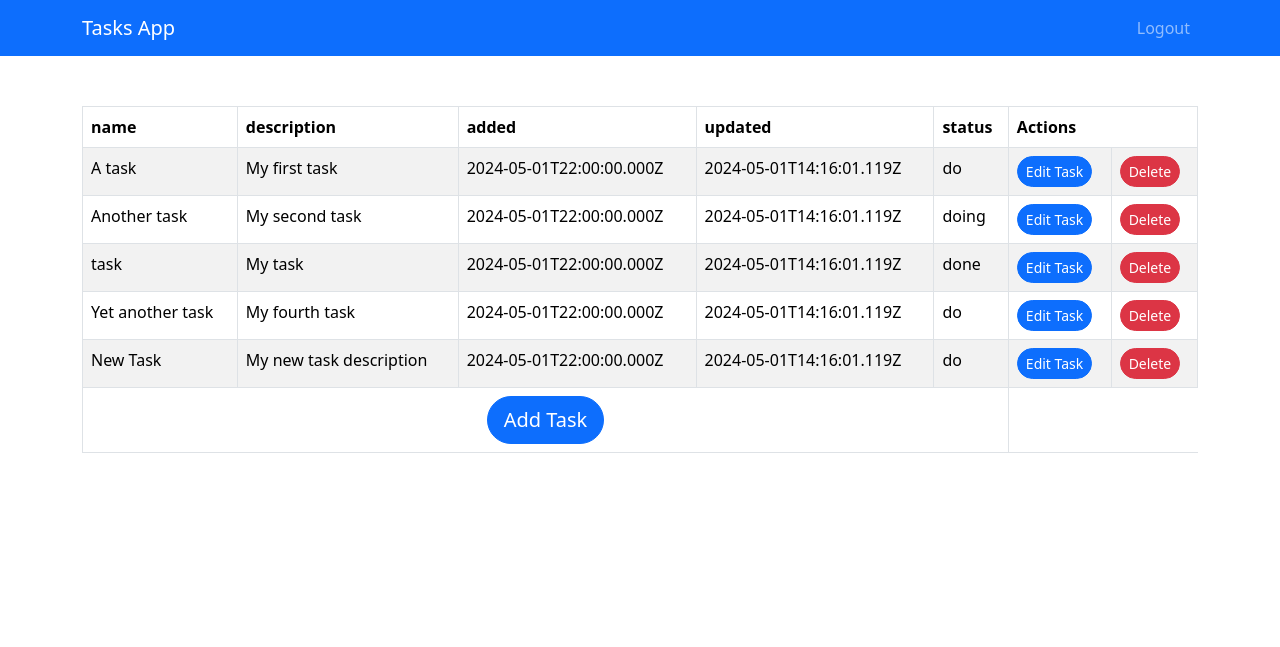
Repository: trider/react-task-manager
Page: /#/tasks
The author's editor kept a copy of each file at every save. The page is drawn from the files as they stood at one save, then again after the next save.
The browser window is 1280 px wide. The pictures show the whole page.
The project was rebuilt for these pictures with package versions that can differ from the ones it lists, and the page was loaded fresh each time. Also part of the build but not shown: src/App.css, src/data/_Users.js, src/pages/Login.js.

Above is the page before, as saved 2024-05-06 15:43:41.

After the next save:
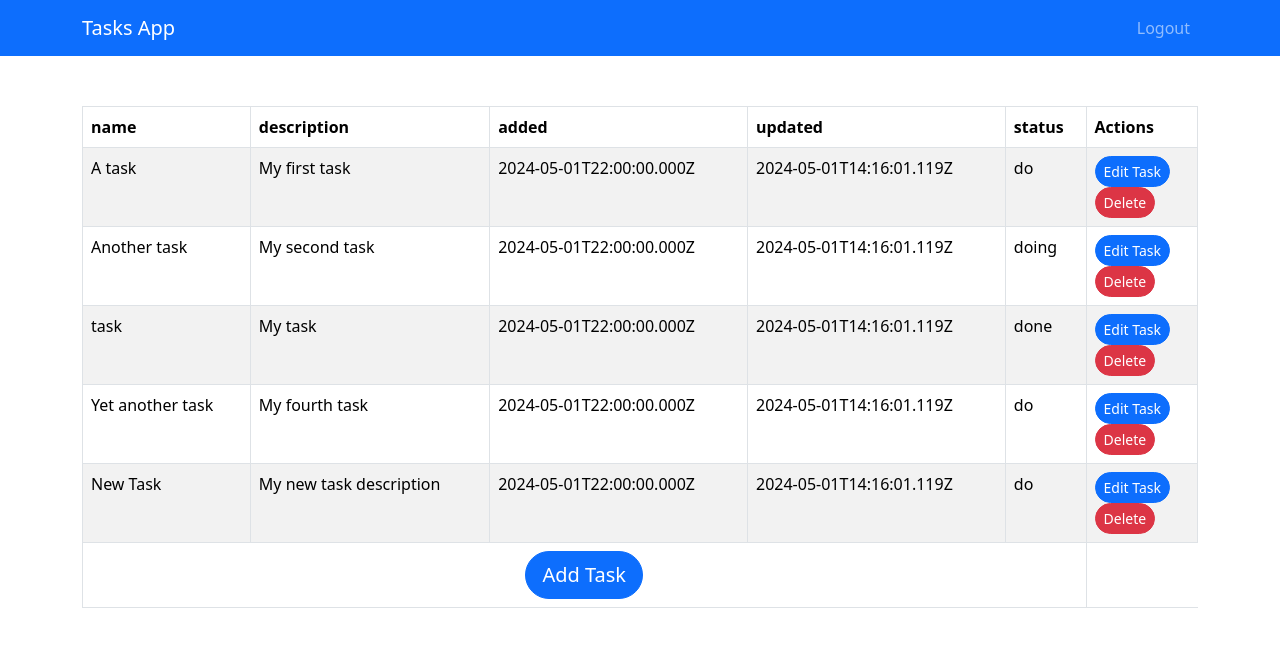
Saved 18 s later.
--- a/src/pages/Task.js
+++ b/src/pages/Task.js
@@ -31,8 +31,7 @@
 
 
             <ModalComponent title={'Edit Task'} size={'sm'} />
-            </td>
-            <td>
+
             <Button  variant="danger rounded-pill" size='sm' >
             Delete
           </Button>

After the 2 saves that followed:
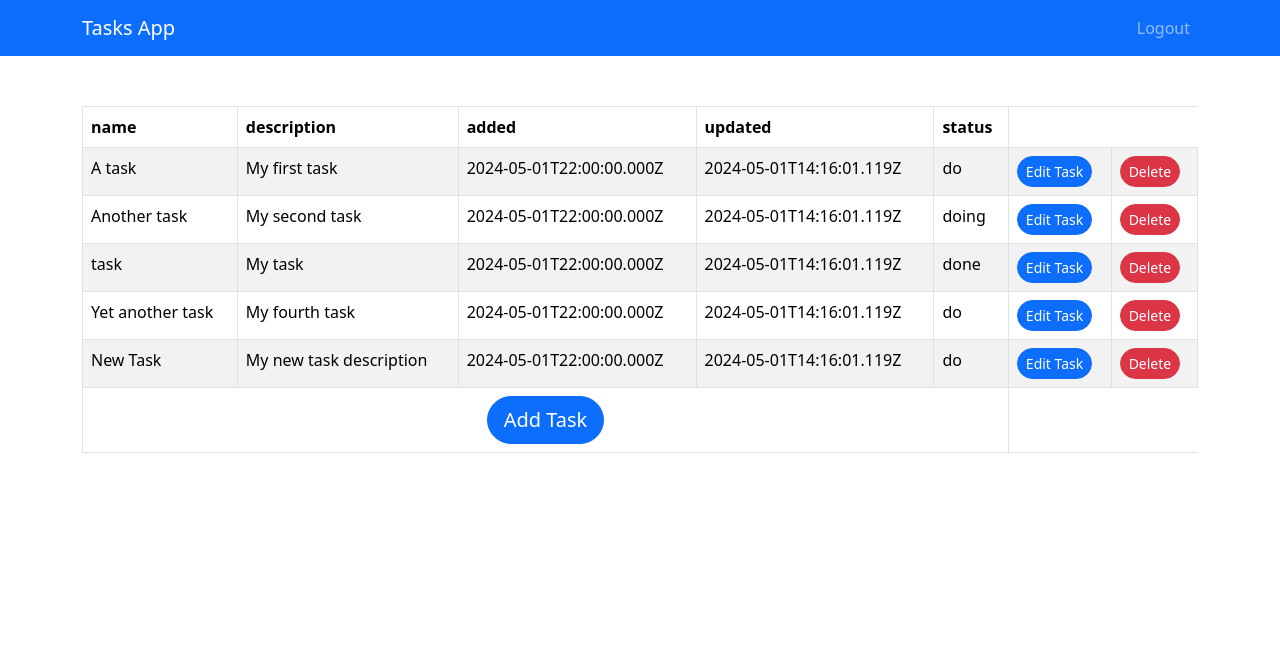
The 2 saves are shown as one change because 1 left the picture as it was.
The last was saved 31 s later.
--- a/src/pages/Task.js
+++ b/src/pages/Task.js
@@ -18,7 +18,6 @@
           {tableCols.map((col) => (
             <th key={col}>{col}</th>
           ))}
-          <th colSpan="2">Actions</th>
         </tr>
       </thead>
       <tbody>
@@ -31,7 +30,8 @@
 
 
             <ModalComponent title={'Edit Task'} size={'sm'} />
-
+            </td>
+            <td>
             <Button  variant="danger rounded-pill" size='sm' >
             Delete
           </Button>
